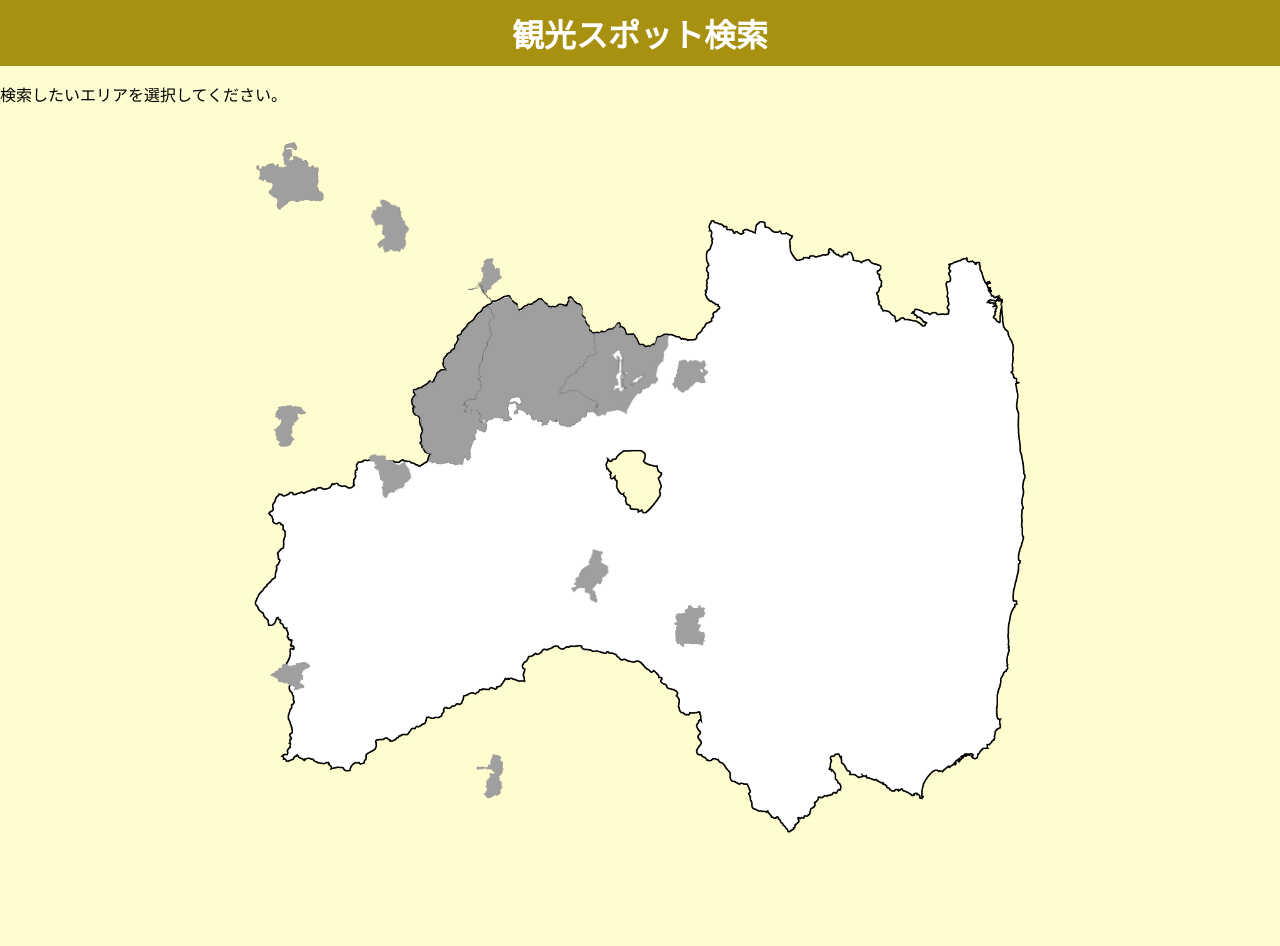
Repository: ryoutana/tanaryou.github.io
Page: Downloads/project/index.html
The author's editor kept a copy of each file at every save. The page is drawn from the files as they stood at one save, then again after the next save.
The browser window is 1280 px wide. The pictures show the whole page.

Above is the page before, as saved 2025-04-29 12:49:41.

After the next save:
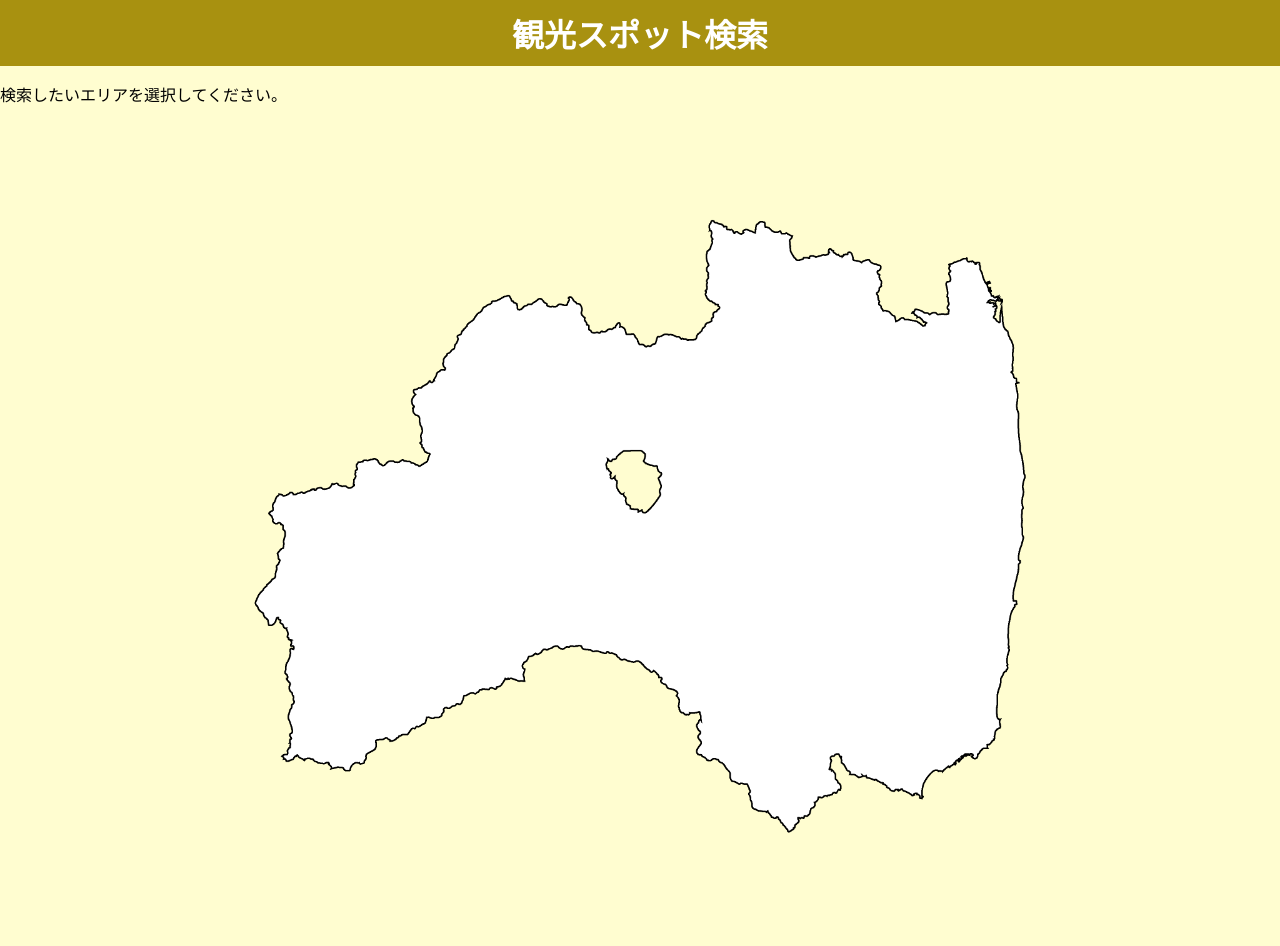
Console error: SyntaxError: Unexpected token ','
Saved 10 s later.
--- a/Downloads/project/script.js
+++ b/Downloads/project/script.js
@@ -2,7 +2,7 @@
 
 // スポットデータ（座標は地図画像内の相対的なピクセル位置）
 const spots = [
-    { name: '会津坂下町', img: '会津坂下町(白地図).png', x: 50, y: 50, width: 80 },
+    { name: '会津坂下町', img: '会津坂下町(白地図).png', x: 50, y: , width: 80 },
     { name: '会津若松市', img: '会津若松市(白地図).png', x: 150, y: 100, width: 60 },
     { name: '会津美里町', img: '会津美里町(白地図).png', x: 250, y: 150, width: 40 },
     { name: '喜多方市', img: '喜多方市(白地図).png', x: 291, y: 230, width: 170 },

After the save that followed:
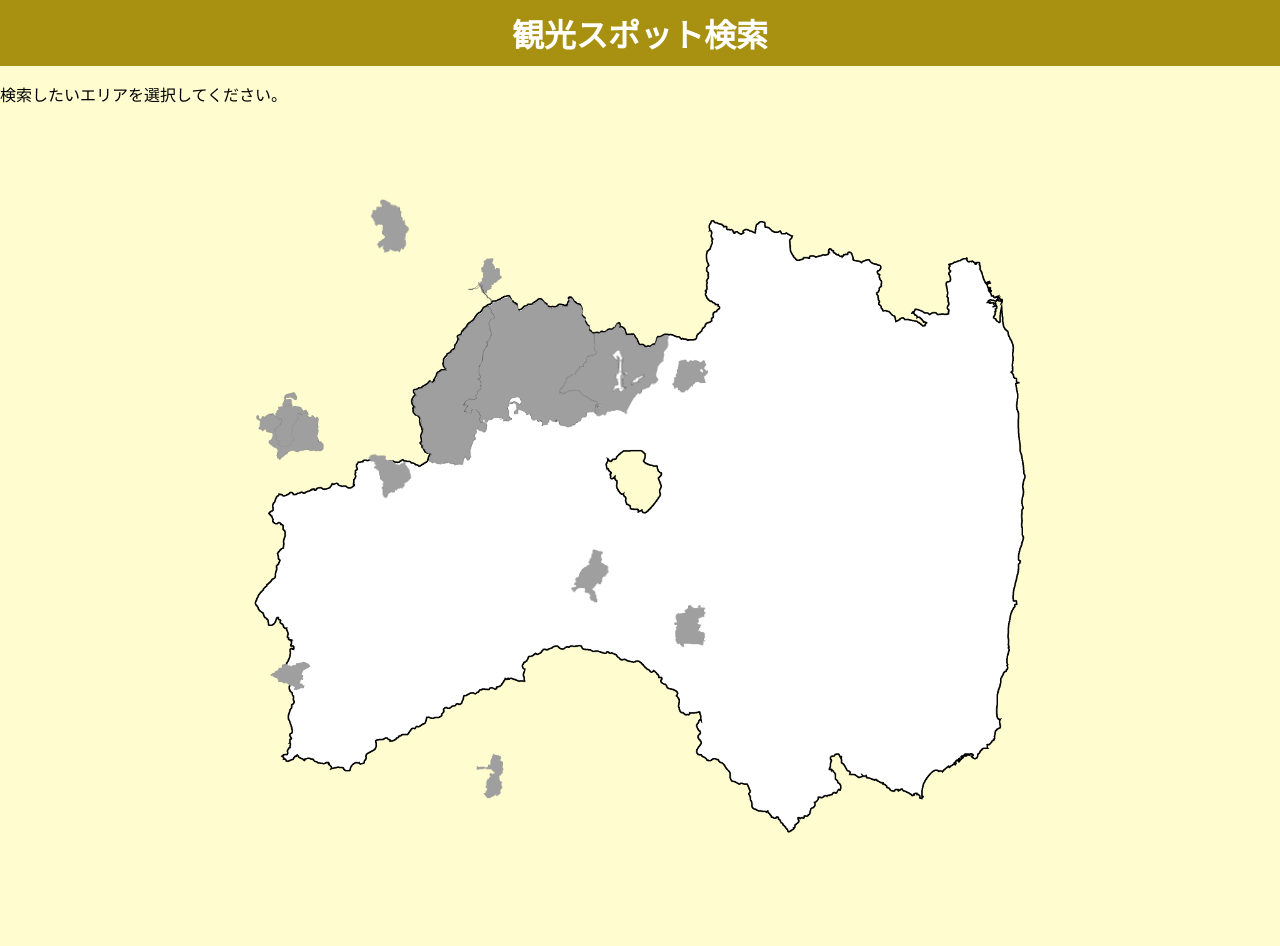
The error is gone.
Saved 4 s later.
--- a/Downloads/project/script.js
+++ b/Downloads/project/script.js
@@ -2,7 +2,7 @@
 
 // スポットデータ（座標は地図画像内の相対的なピクセル位置）
 const spots = [
-    { name: '会津坂下町', img: '会津坂下町(白地図).png', x: 50, y: , width: 80 },
+    { name: '会津坂下町', img: '会津坂下町(白地図).png', x: 50, y: 300, width: 80 },
     { name: '会津若松市', img: '会津若松市(白地図).png', x: 150, y: 100, width: 60 },
     { name: '会津美里町', img: '会津美里町(白地図).png', x: 250, y: 150, width: 40 },
     { name: '喜多方市', img: '喜多方市(白地図).png', x: 291, y: 230, width: 170 },
